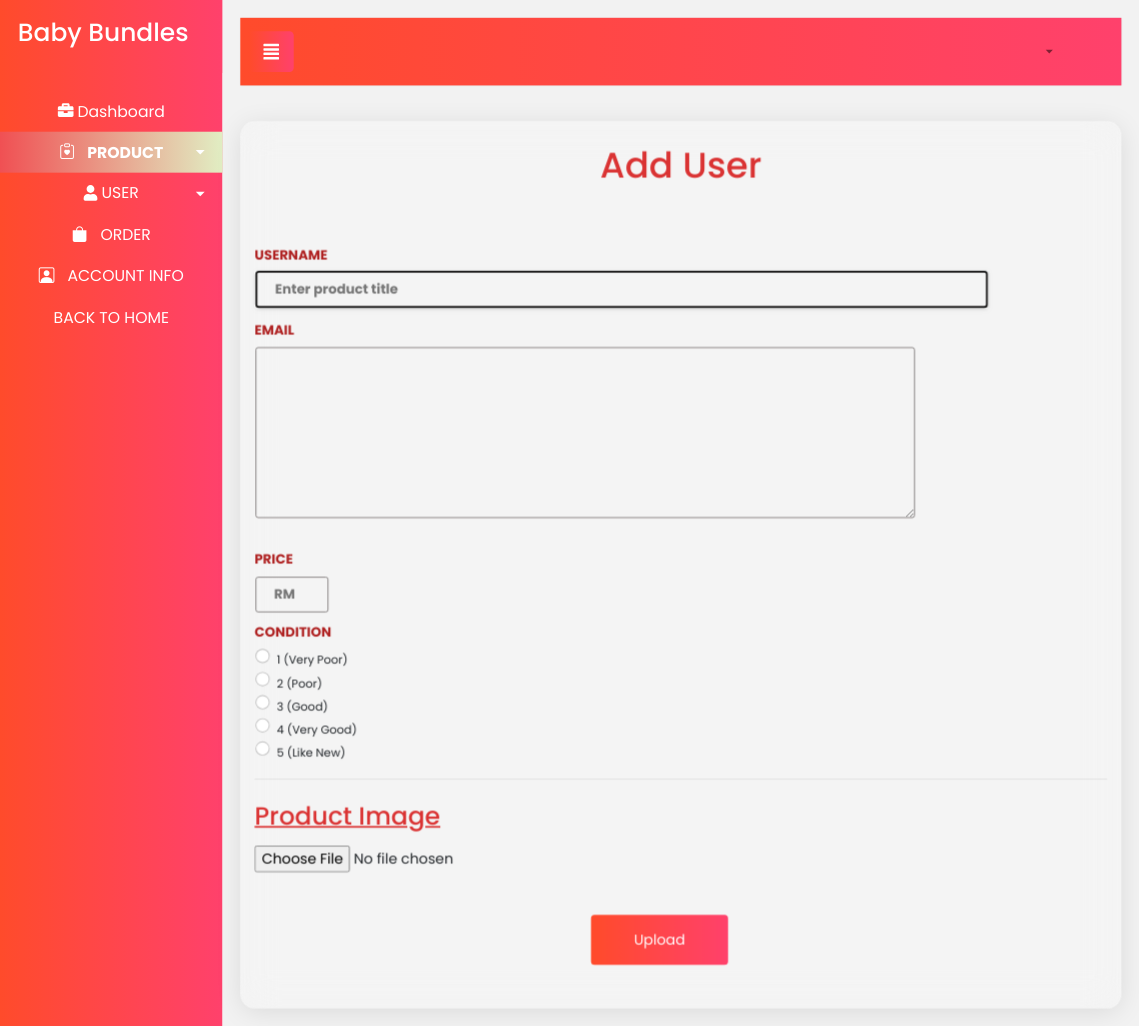
Repository: jiahow99/Baby-Bundles-University
Page: http://localhost/admin-adduser.php
An editor plug-in stored every save of this project. The page is shown before and after a run of saves, followed by the edit.
The browser window is 1280 px wide. The pictures show the whole page, at 89% of full size.
Some web libraries are served in a nearby version. The page is run by PHP 8.4 with error messages shown; the project is at /var/www/html/.

Above is the page before, as saved 2022-11-25 00:27:14.

### admin-adduser.php
<!DOCTYPE html>
<html>

<head>
    <meta charset="utf-8">
    <meta name="viewport" content="width=device-width, initial-scale=1.0">
    <meta http-equiv="X-UA-Compatible" content="IE=edge">

    <title>Admin-Product</title>

    <!-- Bootstrap CSS CDN -->
    <link rel="stylesheet" href="https://stackpath.bootstrapcdn.com/bootstrap/4.1.0/css/bootstrap.min.css" integrity="sha384-9gVQ4dYFwwWSjIDZnLEWnxCjeSWFphJiwGPXr1jddIhOegiu1FwO5qRGvFXOdJZ4" crossorigin="anonymous">
    <!-- Our Custom CSS -->
    <link rel="stylesheet" href="css/admin.style.css">

    <!-- Font Awesome JS -->
    <script defer src="https://use.fontawesome.com/releases/v5.0.13/js/solid.js" integrity="sha384-tzzSw1/Vo+0N5UhStP3bvwWPq+uvzCMfrN1fEFe+xBmv1C/AtVX5K0uZtmcHitFZ" crossorigin="anonymous"></script>
    <script defer src="https://use.fontawesome.com/releases/v5.0.13/js/fontawesome.js" integrity="sha384-6OIrr52G08NpOFSZdxxz1xdNSndlD4vdcf/q2myIUVO0VsqaGHJsB0RaBE01VTOY" crossorigin="anonymous"></script>
    <!-- Bootstrap Icon -->
    <link rel="stylesheet" href="https://cdn.jsdelivr.net/npm/bootstrap-icons@1.3.0/font/bootstrap-icons.css">
    <!-- JQuery -->
    <script src="https://code.jquery.com/jquery-3.5.1.min.js"></script>
    <!-- Bootstrap Icon -->
    <link rel="stylesheet" href="https://cdn.jsdelivr.net/npm/bootstrap-icons@1.9.1/font/bootstrap-icons.css" integrity="sha384-xeJqLiuOvjUBq3iGOjvSQSIlwrpqjSHXpduPd6rQpuiM3f5/ijby8pCsnbu5S81n" crossorigin="anonymous">
    <!-- JavaScript Bundle with Popper -->
    <script src="https://cdn.jsdelivr.net/npm/bootstrap@5.2.3/dist/js/bootstrap.bundle.min.js" integrity="sha384-kenU1KFdBIe4zVF0s0G1M5b4hcpxyD9F7jL+jjXkk+Q2h455rYXK/7HAuoJl+0I4" crossorigin="anonymous"></script>
    <link href="http://cdnjs.cloudflare.com/ajax/libs/font-awesome/4.3.0/css/font-awesome.css" rel="stylesheet"  type='text/css'>


</head>

<body>

    <div class="wrapper">
        <!-- Sidebar  -->
        <?php require 'admin-sidebar.php' ?>

        <!-- Page Content  -->
        <div id="content" style="background-color:#F2F2F2">
            <?php require 'admin-topnavbar.php' ?>

            <form class="container glass" id="edit-product">
                <div class="row justify-content-center mt-4 mb-3">
                   <h1 style="color:#da3333">Add User</h1>
                </div>
                <div class="row mt-5">
                    <label for="" class="name text-uppercase col-12">Username</label>
                    <input class="input--style-6 col-10 ml-3" type="text" name="title" placeholder="Enter product title" required autofocus>
                </div>

                <div class="row mb-4">
                    <label for="" class="name text-uppercase col-12">Email</label>
                    <textarea name="description" class="textarea--style-6 ml-3 col-9" id="" rows="5"></textarea>
                </div>

                <div class="row">
                    <label for="" class="name text-uppercase col-12">Price</label>
                    <input class="input--style-6 col-1 ml-3" type="text" name="title" placeholder="RM" required>
                </div>

                <div class="row">
                            <!-- Product Condition -->
                            <label for="" class="name text-uppercase col-12">Condition</label>
                                <div class="value ml-3">
                                    <div class="form-check form-check-inline">
                                        <input class="form-check-input" type="radio" name="condition" id="inlineRadio1" value="1">
                                        <label class="form-check-label small" for="inlineRadio1">1 (Very Poor)</label>
                                    </div>
                                    <div class="form-check form-check-inline">
                                        <input class="form-check-input" type="radio" name="condition" id="inlineRadio2" value="2">
                                        <label class="form-check-label small" for="inlineRadio2">2 (Poor)</label>
                                    </div>
                                    <div class="form-check form-check-inline">
                                        <input class="form-check-input" type="radio" name="condition" id="inlineRadio3" value="3">
                                        <label class="form-check-label small" for="inlineRadio3">3 (Good)</label>
                                    </div>
                                    <div class="form-check form-check-inline">
                                        <input class="form-check-input" type="radio" name="condition" id="inlineRadio4" value="4">
                                        <label class="form-check-label small" for="inlineRadio4">4 (Very Good)</label>
                                    </div>
                                    <div class="form-check form-check-inline">
                                        <input class="form-check-input" type="radio" name="condition" id="inlineRadio5" value="5">
                                        <label class="form-check-label small" for="inlineRadio5">5 (Like New)</label>
                                    </div>
                            </div>
                        </div>


                <hr>

                <h3 style="color:#da3333;text-decoration: underline;" class="mb-3 mt-4">Product Image</h3>
                <input type="file" name="image" id="">

                <div class="row justify-content-center my-5 ">
                    <button class="btn btn-primary px-5 py-3 mr-5" type="submit">Upload</button>
                </div>

            </form>
    </div>

    <!-- Popper.JS -->
    <script src="https://cdnjs.cloudflare.com/ajax/libs/popper.js/1.14.0/umd/popper.min.js" integrity="sha384-cs/chFZiN24E4KMATLdqdvsezGxaGsi4hLGOzlXwp5UZB1LY//20VyM2taTB4QvJ" crossorigin="anonymous"></script>
    <!-- Bootstrap JS -->
    <script src="https://stackpath.bootstrapcdn.com/bootstrap/4.1.0/js/bootstrap.min.js" integrity="sha384-uefMccjFJAIv6A+rW+L4AHf99KvxDjWSu1z9VI8SKNVmz4sk7buKt/6v9KI65qnm" crossorigin="anonymous"></script>

    <script type="text/javascript">
        $(document).ready(function () {
            $('#sidebarCollapse').on('click', function () {
                $('#sidebar').toggleClass('active');
                $('#dashboardlabel').toggleClass('d-none');
                $('#userlabel').toggleClass('d-none');
                $('#productlabel').toggleClass('d-none');
                $('#orderlabel').toggleClass('d-none');
                $('#accountlabel').toggleClass('d-none');
                $('#logoutlabel').toggleClass('d-none');
            });
        });
    </script>
</body>

</html>

### admin-sidebar.php
<!-- Sidebar  -->
<nav id="sidebar">
    <div class="sidebar-header">
        <h3>Baby Bundles</h3>
        <strong>BS</strong>
    </div>

    <ul class="list-unstyled components">
        <!-- Dashboard -->
        <li id="sidebar-dashboard">
            <a href="admin-dashboard.php">
                <i class="fas fa-briefcase"></i>
                <span id="dashboardlabel">Dashboard</span>
            </a>
        </li>
        <!-- Product -->
        <li id="sidebar-product">
            <a href="#homeSubmenu" data-toggle="collapse" aria-expanded="false" class="dropdown-toggle">
                <i class="bi bi-clipboard-heart"></i>
                <span id="productlabel">PRODUCT</span>
            </a>
            <ul class="collapse list-unstyled" id="homeSubmenu">
                <li>
                    <a href="admin-addproduct.php">ADD PRODUCT</a>
                </li>
                <li>
                    <a href="admin-viewproduct.php">DELETE PRODUCT</a>
                </li>
                <li>
                    <a href="admin-viewproduct.php">VIEW ALL</a>
                </li>
            </ul>
        </li>
        <!-- User -->
        <li id="sidebar-user">
            <a href="#pageSubmenu" data-toggle="collapse" aria-expanded="false" class="dropdown-toggle">
            <i class="fas fa-solid fa-user"></i>
                <span id="userlabel">USER</span>
            </a>
            <ul class="collapse list-unstyled" id="pageSubmenu">
                <li>
                    <a href="admin-viewuser.php">DELETE USER</a>
                </li>
                <li>
                    <a href="admin-viewuser.php">VIEW USERS</a>
                </li>
            </ul>
        </li>
        <!-- Order -->
        <li id="sidebar-order">
            <a href="admin-vieworder.php">
            <i class="bi bi-bag-fill"></i>
                <span id="orderlabel">ORDER</span>
            </a>
        </li>
        <!-- Account Info -->
        <li>
            <a href="account-info.php">
                <i class="bi bi-person-square"></i>
                <span id="accountlabel">ACCOUNT INFO</span>
            </a>
        </li>
        <!-- Back to home -->
        <li>
            <a href="index.php">
                <span id="logoutlabel">BACK TO HOME</span>
            </a>
        </li>
    </ul>
</nav>

<script>

  // Add 'active' class to navigation
  function activeNav(id){
    var nav = document.getElementById(id);
    nav.classList.add('active');
  }

  var title = document.title;

  switch(title){
    case 'Admin-Product':
      activeNav('sidebar-product');
      break;
    case 'Admin-User':
      activeNav('sidebar-user');
      break;
    case 'Admin-Order':
      activeNav('sidebar-order');
      break;
    case 'Admin-Dashboard':
      activeNav('sidebar-dashboard');
      break;
  }
</script>

### admin-topnavbar.php
<nav class="navbar navbar-expand-lg navbar-light bg-admin">
    <div class="container-fluid pl-0">

        <button type="button" id="sidebarCollapse" class="btn-lg btn-primary">
            <i class="fas fa-align-justify"></i>
            <!-- <span>Toggle Sidebar</span> -->
        </button>
        <button class="btn btn-dark d-inline-block d-lg-none ml-auto" type="button" data-toggle="collapse" data-target="#navbarSupportedContent" aria-controls="navbarSupportedContent" aria-expanded="false" aria-label="Toggle navigation">
            <i class="fas fa-align-justify"></i>
        </button>

        <div class="collapse navbar-collapse" id="navbarSupportedContent">
            <ul class="nav navbar-nav ml-auto">
                <li class="nav-item dropdown mx-lg-3 col-2 col-lg-1" >
                    <a href="#" class="nav-link dropdown-toggle user-account text-black" id="userDropdownMenuLink" data-bs-toggle="dropdown" aria-haspopup="true" aria-expanded="false">
                    <?php
                    // Username
                    if(isset($_COOKIE['username'])){
                        echo $_COOKIE['username'];
                    }
                    ?>
                    </a>
                    <div class="dropdown-menu text-sm " aria-labelledby="userDropdownMenuLink">
                        <a href="account-info.php" class="dropdown-item">Account</a>
                        <a href="index.php" class="dropdown-item">Back to home</a>
                        <a href="logout.php" class="dropdown-item">Logout</a>
                    </div>
                </li>
            </ul>
        </div>
    </div>
</nav>

### css/admin.style.css
/*
    DEMO STYLE
*/

@import "https://fonts.googleapis.com/css?family=Poppins:300,400,500,600,700";

body {
    font-family: 'Poppins', sans-serif;
    background: #fafafa;
}

p {
    font-family: 'Poppins', sans-serif;
    font-size: 1.1em;
    font-weight: 300;
    line-height: 1.7em;
    color: #999;
}

a,
a:hover,
a:focus {
    color: inherit;
    text-decoration: none;
    transition: all 0.3s;
}

.navbar {
    padding: 15px 10px;
    background: #fff;
    border: none;
    border-radius: 0;
    margin-bottom: 40px;
    box-shadow: 1px 1px 3px rgba(0, 0, 0, 0.1);
}

.navbar-btn {
    box-shadow: none;
    outline: none !important;
    border: none;
}

.line {
    width: 100%;
    height: 1px;
    border-bottom: 1px dashed #ddd;
    margin: 40px 0;
}

i,
span {
    display: inline-block;
}

/* ---------------------------------------------------
    SIDEBAR STYLE
----------------------------------------------------- */

.wrapper {
    display: flex;
    align-items: stretch;
}

#sidebar {
    min-width: 250px;
    max-width: 250px;
    background: #FF416C;  /* fallback for old browsers */
    background: -webkit-linear-gradient(to right, #FF4B2B, #FF416C);  /* Chrome 10-25, Safari 5.1-6 */
    background: linear-gradient(to right, #FF4B2B, #FF416C); /* W3C, IE 10+/ Edge, Firefox 16+, Chrome 26+, Opera 12+, Safari 7+ */
    color: #fff;
    transition: all 0.3s;
}

#sidebar.active {
    min-width: 80px;
    max-width: 80px;
    text-align: center;
}

#sidebar.active .sidebar-header h3,
#sidebar.active .CTAs {
    display: none;
}

#sidebar.active .sidebar-header strong {
    display: block;
}

#sidebar ul li a {
    text-align: left;
}

#sidebar.active ul li a {
    padding: 20px 10px;
    text-align: center;
    font-size: 0.85em;
}

#sidebar.active ul li a i {
    margin-right: 0;
    display: block;
    font-size: 1.8em;
    margin-bottom: 5px;
}

#sidebar.active ul ul a {
    padding: 10px !important;
}

#sidebar.active .dropdown-toggle::after {
    top: auto;
    bottom: 10px;
    right: 50%;
    -webkit-transform: translateX(50%);
    -ms-transform: translateX(50%);
    transform: translateX(50%);
}

#sidebar .sidebar-header {
    padding: 20px;
    background: #FF416C;  /* fallback for old browsers */
    background: -webkit-linear-gradient(to right, #FF4B2B, #FF416C);  /* Chrome 10-25, Safari 5.1-6 */
    background: linear-gradient(to right, #FF4B2B, #FF416C); /* W3C, IE 10+/ Edge, Firefox 16+, Chrome 26+, Opera 12+, Safari 7+ */
}

#sidebar .sidebar-header strong {
    display: none;
    font-size: 1.8em;
}

#sidebar ul.components {
    padding: 20px 0;
}

#sidebar ul li a {
    padding: 10px;
    font-size: 1.1em;
    display: block;
    text-align: center;
}

#sidebar ul li a:hover {
    color: #dc1522;
    background: #fff;
    font-weight: bolder;
}

#sidebar ul li a i {
    margin-right: 10px;
}

#sidebar ul li.active>a,
a[aria-expanded="true"] {
    color: #fff;
    background: #e1eec3;  /* fallback for old browsers */
    background: -webkit-linear-gradient(to right, #f05053, #e1eec3);  /* Chrome 10-25, Safari 5.1-6 */
    background: linear-gradient(to right, #f05053, #e1eec3); /* W3C, IE 10+/ Edge, Firefox 16+, Chrome 26+, Opera 12+, Safari 7+ */
    font-weight: bolder;
}

a[data-toggle="collapse"] {
    position: relative;
}

.dropdown-toggle::after {
    display: block;
    position: absolute;
    top: 50%;
    right: 20px;
    transform: translateY(-50%);
}

ul ul a {
    font-size: 0.9em !important;
    padding-left: 30px !important;
    background: #6d7fcc;
}

ul.CTAs {
    padding: 20px;
}

ul.CTAs a {
    text-align: center;
    font-size: 0.9em !important;
    display: block;
    border-radius: 5px;
    margin-bottom: 5px;
}

a.download {
    background: #fff;
    color: #7386D5;
}

a.article,
a.article:hover {
    background: #6d7fcc !important;
    color: #fff !important;
}

/* ---------------------------------------------------
    CONTENT STYLE
----------------------------------------------------- */

#content {
    width: 100%;
    padding: 20px;
    min-height: 100vh;
    transition: all 0.3s;
}

/* ---------------------------------------------------
    MEDIAQUERIES
----------------------------------------------------- */

@media (max-width: 768px) {
    #sidebar {
        min-width: 80px;
        max-width: 80px;
        text-align: center;
        margin-left: -80px !important;
    }
    .dropdown-toggle::after {
        top: auto;
        bottom: 10px;
        right: 50%;
        -webkit-transform: translateX(50%);
        -ms-transform: translateX(50%);
        transform: translateX(50%);
    }
    #sidebar.active {
        margin-left: 0 !important;
    }
    #sidebar .sidebar-header h3,
    #sidebar .CTAs {
        display: none;
    }
    #sidebar .sidebar-header strong {
        display: block;
    }
    #sidebar ul li a {
        padding: 20px 10px;
    }
    #sidebar ul li a span {
        font-size: 0.85em;
    }
    #sidebar ul li a i {
        margin-right: 0;
        display: block;
    }
    #sidebar ul ul a {
        padding: 10px !important;
    }
    #sidebar ul li a i {
        font-size: 1.3em;
    }
    #sidebar {
        margin-left: 0;
    }
    #sidebarCollapse span {
        display: none;
    }
}

#homeSubmenu li a,#pageSubmenu li a{
    background: #ED213A;  /* fallback for old browsers */
    background: -webkit-linear-gradient(to right, #93291E, #ED213A);  /* Chrome 10-25, Safari 5.1-6 */
    background: linear-gradient(to right, #93291E, #ED213A); /* W3C, IE 10+/ Edge, Firefox 16+, Chrome 26+, Opera 12+, Safari 7+ */



}

.btn-primary{
    background: #FF416C;  /* fallback for old browsers */
    background: -webkit-linear-gradient(to right, #FF4B2B, #FF416C);  /* Chrome 10-25, Safari 5.1-6 */
    background: linear-gradient(to right, #FF4B2B, #FF416C); /* W3C, IE 10+/ Edge, Firefox 16+, Chrome 26+, Opera 12+, Safari 7+ */
    border: 0;
    cursor: pointer;
}

.glass{
/* From https://css.glass */
background: rgba(255, 255, 255, 0.18);
border-radius: 16px;
box-shadow: 0 4px 30px rgba(0, 0, 0, 0.1);
backdrop-filter: blur(20px);
-webkit-backdrop-filter: blur(20px);
border: 1px solid rgba(255, 255, 255, 0.13);
}

.input--style-6, .textarea--style-6 {
    background: transparent;
    line-height: 38px;
    border: 1px solid #7b7676;
    -webkit-border-radius: 3px;
    -moz-border-radius: 3px;
    border-radius: 3px;
    color: #666;
    font-size: 15px;
    font-weight: bold;
    -webkit-transition: all 0.4s ease;
    -o-transition: all 0.4s ease;
    -moz-transition: all 0.4s ease;
    transition: all 0.4s ease;
    padding: 0 20px;
}

.input--style-6:focus,
.textarea--style-6:focus {
  -webkit-box-shadow: 0px 1px 5px 0px rgba(0, 0, 0, 0.15);
  -moz-box-shadow: 0px 1px 5px 0px rgba(0, 0, 0, 0.15);
  box-shadow: 0px 1px 5px 0px rgba(0, 0, 0, 0.15);
  -webkit-transform: translateY(-3px);
  -moz-transform: translateY(-3px);
  -ms-transform: translateY(-3px);
  -o-transform: translateY(-3px);
  transform: translateY(-3px);
  border: 2px solid #7b7676;

}

.name{
    width: 188px;
  color: rgb(175, 33, 33);
  font-size: 15px;
  font-weight: 700;
  margin-top: 11px;
  font-family: "Poppins", sans-serif;
}

.form-check {
    display: block;
    min-height: 1.5rem;
    padding-left: 1.5em;
    margin-bottom: 0.125rem;
}

.form-check .form-check-input {
float: left;
margin-left: -1.5em;
}

.form-check-input {
width: 1em;
height: 1em;
margin-top: 0.25em;
vertical-align: top;
background-color: #fff;
background-repeat: no-repeat;
background-position: center;
background-size: contain;
border: 1px solid rgba(0, 0, 0, 0.25);
-webkit-appearance: none;
-moz-appearance: none;
appearance: none;
-webkit-print-color-adjust: exact;
color-adjust: exact;
}

.form-check-input[type="checkbox"] {
border-radius: 0.25em;
}

.form-check-input[type="radio"] {
border-radius: 50%;
}

.form-check-input:active {
filter: brightness(90%);
}

.form-check-input:focus {
border-color: #ed9999;
outline: 0;
box-shadow: 0 0 0 0.25rem rgba(218, 51, 51, 0.25);
}

.form-check-input:checked {
background-color: #da3333;
border-color: #da3333;
}

.form-check-input:checked[type="checkbox"] {
background-image: url("data:[embedded picture, 214 characters]");
}

.form-check-input:checked[type="radio"] {
background-image: url("data:[embedded picture, 126 characters]");
}

.form-check-input[type="checkbox"]:indeterminate {
background-color: #da3333;
border-color: #da3333;
background-image: url("data:[embedded picture, 208 characters]");
}

.form-check-input:disabled {
pointer-events: none;
filter: none;
opacity: 0.5;
}

.form-check-input[disabled] ~ .form-check-label, .form-check-input:disabled ~ .form-check-label {
opacity: 0.5;
}

.form-switch {
padding-left: 2.5em;
}

.form-switch .form-check-input {
width: 2em;
margin-left: -2.5em;
background-image: url("data:[embedded picture, 143 characters]");
background-position: left center;
border-radius: 2em;
transition: background-position 0.15s ease-in-out;
}

.user{
    color: black;
    font-weight: bold;
}

.user-row{
    border: 1px solid black;
}

.bg-admin{
    background: linear-gradient(to right, #FF4B2B, #FF416C);
}

After the next 2 saves:
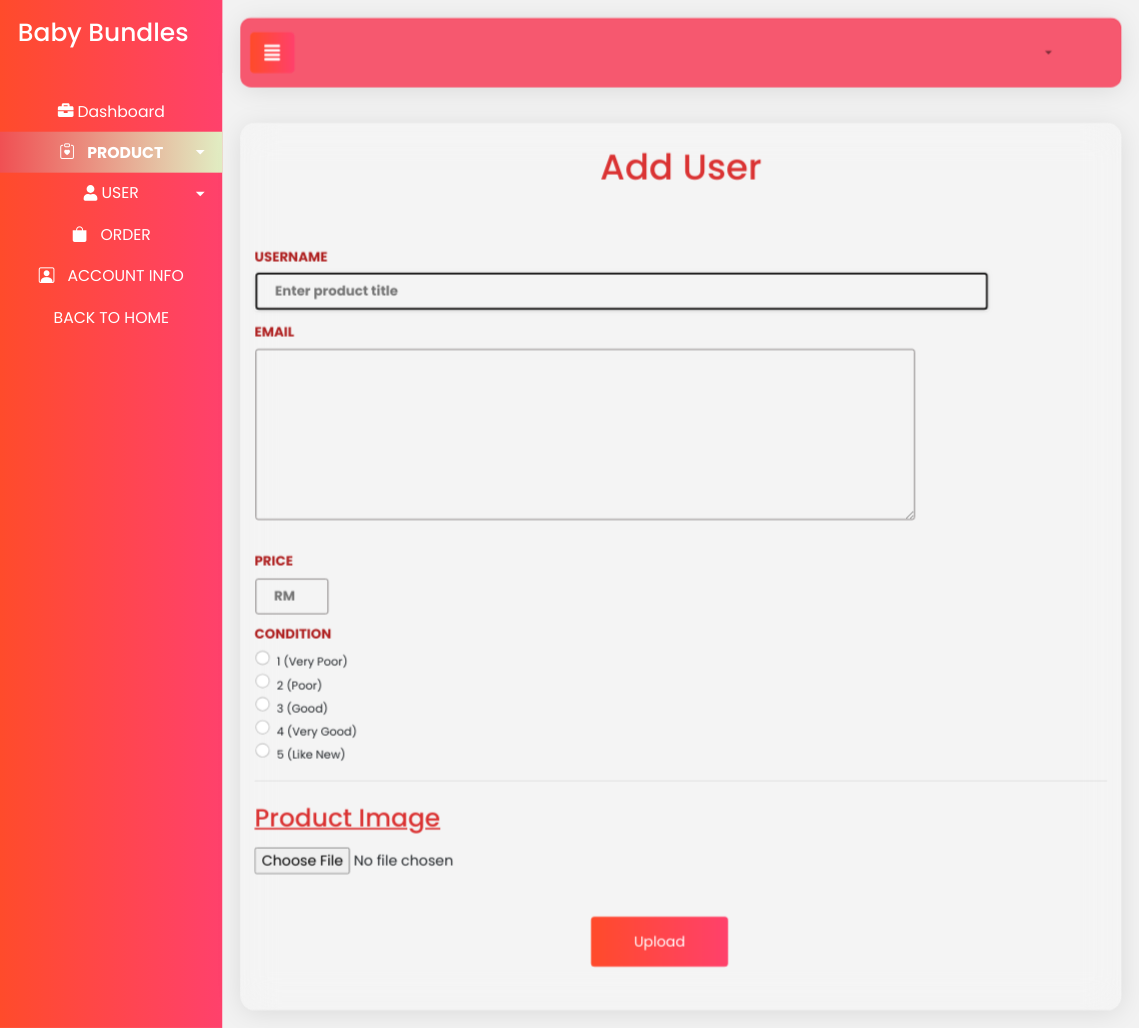
The 2 saves are shown as one change because they came seconds apart.
The last was saved 9 s later.
--- a/css/admin.style.css
+++ b/css/admin.style.css
@@ -429,5 +429,11 @@ transition: background-position 0.15s ease-in-out;
 }
 
 .bg-admin{
-    background: linear-gradient(to right, #FF4B2B, #FF416C);
-}
+    /* From https://css.glass */
+background: rgba(248, 40, 70, 0.76);
+border-radius: 12px;
+box-shadow: 0 4px 30px rgba(0, 0, 0, 0.1);
+backdrop-filter: blur(6.9px);
+-webkit-backdrop-filter: blur(6.9px);
+border: 1px solid rgba(248, 40, 70, 0.3);
+}
